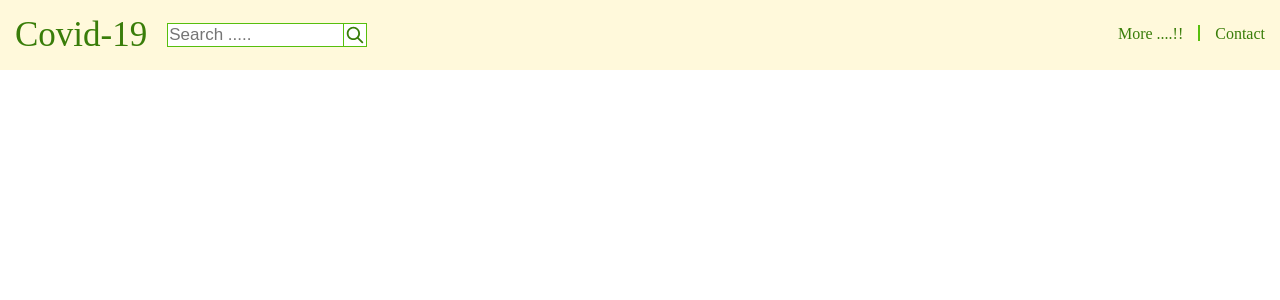
Repository: thuongton98/Covid
Page: html-css-js/index.html
These files come from the project's save history. The page is drawn as it stood at one moment and after the next save; the edit follows.
The browser window is 1280 px wide. The pictures show the whole page.

Above is the page before, as saved 2021-07-01 09:20:09.

### html-css-js/index.html
<!DOCTYPE html>
<html lang="en">
<head>
    <meta charset="UTF-8">
    <meta http-equiv="X-UA-Compatible" content="IE=edge">
    <meta name="viewport" content="width=device-width, initial-scale=1.0">

    <link rel="stylesheet" href="./styles.css">
    <title>Covid-19</title>
</head>
<body>
    <nav>
        <div class="icon">
            <div class="icon-i">Covid-19</div>
            <div class="icon-search">
                <input type="text" placeholder="Search .....">
                <svg fill="#000000" xmlns="http://www.w3.org/2000/svg"  viewBox="0 0 48 48" width="48px" height="48px"><path d="M 20.5 6 C 12.515556 6 6 12.515562 6 20.5 C 6 28.484438 12.515556 35 20.5 35 C 23.773158 35 26.788919 33.893018 29.220703 32.050781 L 38.585938 41.414062 A 2.0002 2.0002 0 1 0 41.414062 38.585938 L 32.050781 29.220703 C 33.893017 26.788918 35 23.773156 35 20.5 C 35 12.515562 28.484444 6 20.5 6 z M 20.5 10 C 26.322685 10 31 14.677319 31 20.5 C 31 23.295711 29.914065 25.820601 28.148438 27.697266 A 2.0002 2.0002 0 0 0 27.701172 28.144531 C 25.824103 29.912403 23.29771 31 20.5 31 C 14.677315 31 10 26.322681 10 20.5 C 10 14.677319 14.677315 10 20.5 10 z"/></svg>
            </div>

        </div>
        <ul class="nav-i">
            <li>More ....!!</li>
            <li>Contact</li>
        </ul>
    </nav>
</body>
</html>

### html-css-js/styles.css

*{
    padding: 0;
    margin: 0;
    box-sizing: border-box;
}



nav{
    background-color: #fff9db;
    display: flex;
    justify-content: space-between;
    padding:15px
}


nav .icon{
    display: flex;
}

nav .nav-i{
    display: flex;
}

nav .nav-i li{
    list-style: none;
    padding-right: 15px;
    padding-top:10px;
    color:#397d09;
    cursor: pointer;

}

nav .nav-i li:hover{
    color:#57bf0d;
}

nav .nav-i li:last-child{
    padding-right:0;
}

nav .nav-i li:after{
    content: '';
    border: 1px solid #57bf0d;
    margin-left:15px;
    font-size: 12px;
    position: relative;
    top:-2px;
}

nav .nav-i li:last-child::after{
    display: none;
}

nav .icon .icon-i{
    font-size: 35px;
    color: #397d09;
    cursor: pointer;
}

nav .icon .icon-search{
    margin-left:20px;
    position: relative;
   top:1px;
}


nav .icon .icon-search input{
   padding: 1px;
   width: 200px;
   outline: none;
   border: none;
   font-size: 17px;
   border:1px solid #57bf0d;


}

nav .icon .icon-search svg{
    fill: #397d09;
    cursor: pointer;
    width: 24px;
    height: 24px;
    position: relative;
    border: 1px solid #57bf0d;
    position: relative;
    left: -28px;
    top:7px;
}

nav .icon .icon-search svg:hover{

    fill:#57bf0d
}

After the next save:
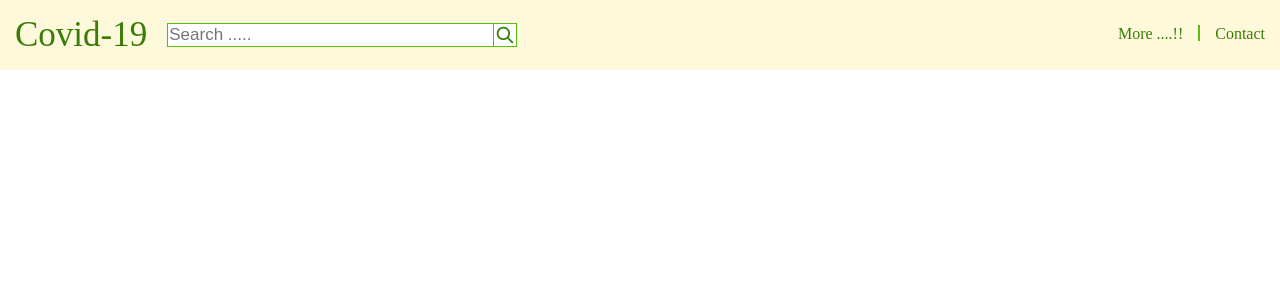
Saved 19 s later.
--- a/html-css-js/styles.css
+++ b/html-css-js/styles.css
@@ -68,7 +68,7 @@ nav .icon .icon-search{
 
 nav .icon .icon-search input{
    padding: 1px;
-   width: 200px;
+   width: 350px;
    outline: none;
    border: none;
    font-size: 17px;
